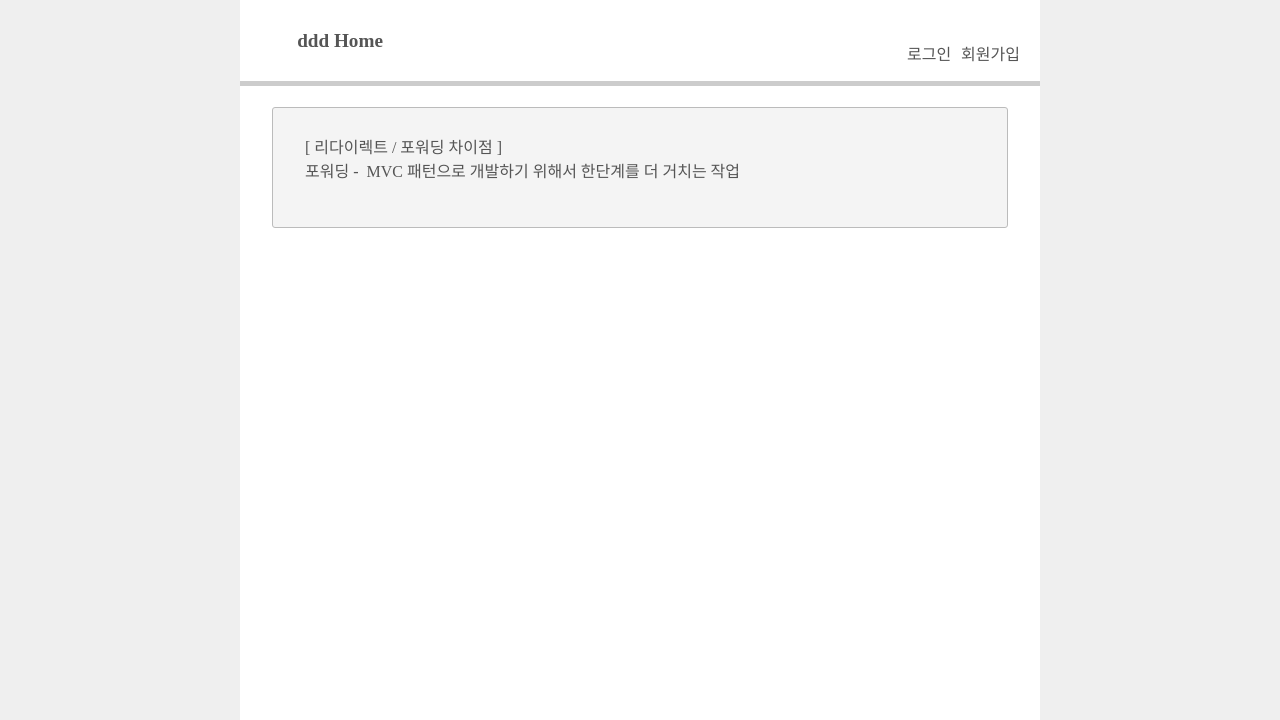
Repository: Deneb0000/JSP
Page: http://localhost/jspPro/days04/ex01.jsp
These files come from the project's save history. The page is drawn as it stood at one moment and after the next save; the edit follows.
The browser window is 1280 px wide. The pictures show the whole page.
Some web fonts or font styles are not loaded; a fallback is used. The page is served by Tomcat 9.

Above is the page before, as saved 2024-10-18 00:02:10.

After the next save:
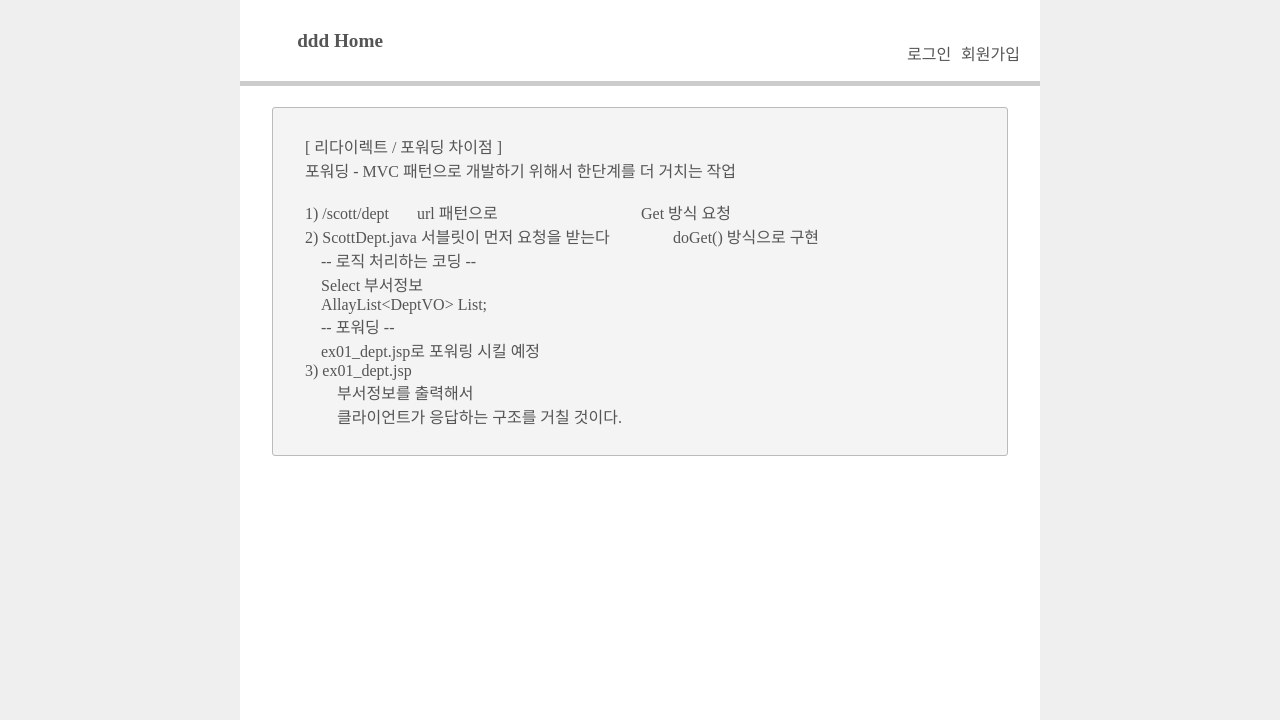
Saved 3 min 19 s later.
--- a/jspPro/src/main/webapp/days04/ex01.jsp
+++ b/jspPro/src/main/webapp/days04/ex01.jsp
@@ -27,8 +27,18 @@
 <div>
   <xmp class="code">
     [ 리다이렉트 / 포워딩 차이점 ]
-    포워딩 -  MVC 패턴으로 개발하기 위해서 한단계를 더 거치는 작업
+    포워딩 - MVC 패턴으로 개발하기 위해서 한단계를 더 거치는 작업
 
+    1) /scott/dept	url 패턴으로 					Get 방식 요청
+    2) ScottDept.java 서블릿이 먼저 요청을 받는다		doGet() 방식으로 구현
+    	-- 로직 처리하는 코딩 --
+    	Select 부서정보
+    	AllayList<DeptVO> List;
+    	-- 포워딩 --
+    	ex01_dept.jsp로 포워링 시킬 예정
+    3) ex01_dept.jsp
+	    부서정보를 출력해서
+	    클라이언트가 응답하는 구조를 거칠 것이다.
   </xmp>
 </div>
 </body>
